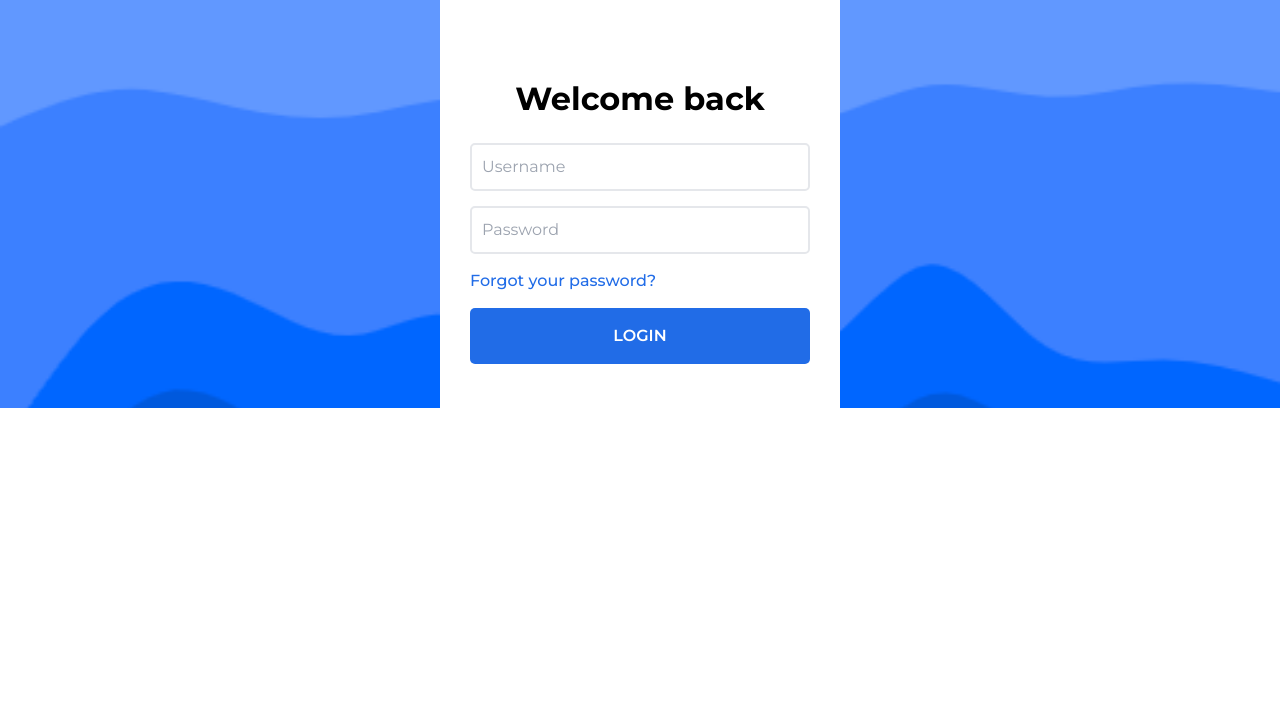
Repository: SatohJiro/CourseSale
Page: /
The author's editor kept a copy of each file at every save. The page is drawn from the files as they stood at one save, then again after the next save.
The browser window is 1280 px wide. The pictures show the whole page.
The project was rebuilt for these pictures with package versions that can differ from the ones it lists, and the page was loaded fresh each time. Also part of the build but not shown: src/pages/Home/index.js, src/pages/Courses/index.js, src/layout/DefaultLayout/DefaultLayout.module.scss, src/layout/components/Header/Header.module.scss, src/layout/components/Header/index.js, src/layout/components/Sidebar/Sidebar.module.scss, src/layout/components/Sidebar/index.js, src/layout/DefaultLayout/index.js.

Above is the page before, as saved 2022-12-05 11:13:03.

### public/index.html
<!DOCTYPE html>
<html lang="en">
  <head>
    <meta charset="utf-8" />
    <link rel="icon" href="%PUBLIC_URL%/favicon.ico" />
    <meta name="viewport" content="width=device-width, initial-scale=1" />
    <meta name="theme-color" content="#000000" />
    <meta
      name="description"
      content="Web site created using create-react-app"
    />
    <link rel="apple-touch-icon" href="%PUBLIC_URL%/logo192.png" />
    <!--
      manifest.json provides metadata used when your web app is installed on a
      user's mobile device or desktop. See https://developers.google.com/web/fundamentals/web-app-manifest/
    -->
    <link rel="manifest" href="%PUBLIC_URL%/manifest.json" />
    <!--
      Notice the use of %PUBLIC_URL% in the tags above.
      It will be replaced with the URL of the `public` folder during the build.
      Only files inside the `public` folder can be referenced from the HTML.

      Unlike "/favicon.ico" or "favicon.ico", "%PUBLIC_URL%/favicon.ico" will
      work correctly both with client-side routing and a non-root public URL.
      Learn how to configure a non-root public URL by running `npm run build`.
    -->
    <title>Course Sale</title>
  </head>
  <body>
    <noscript>You need to enable JavaScript to run this app.</noscript>
    <div id="root"></div>
    <!--
      This HTML file is a template.
      If you open it directly in the browser, you will see an empty page.

      You can add webfonts, meta tags, or analytics to this file.
      The build step will place the bundled scripts into the <body> tag.

      To begin the development, run `npm start` or `yarn start`.
      To create a production bundle, use `npm run build` or `yarn build`.
    -->
  </body>
</html>

### src/index.js
import React from "react";
import ReactDOM from "react-dom/client";
import App from "./App";
import reportWebVitals from "./reportWebVitals";

import GlobalStyles from "~/components/GlobalStyles";

const root = ReactDOM.createRoot(document.getElementById("root"));
root.render(
  <React.StrictMode>
    <GlobalStyles>
      <App />
    </GlobalStyles>
  </React.StrictMode>
);

// If you want to start measuring performance in your app, pass a function
// to log results (for example: reportWebVitals(console.log))
// or send to an analytics endpoint. Learn more: https://bit.ly/CRA-vitals
reportWebVitals();

### src/App.js
import { Fragment } from "react";
import { BrowserRouter as Router, Routes, Route } from "react-router-dom";
import { publicRoutes } from "~/routes";
import { DefaultLayout } from "~/layout";
import Login from "./pages/Login/Login";

function App() {
  return (
    // <Router>
    //   <div className="App">
    //     <Routes>
    //       {publicRoutes.map((route, index) => {
    //         let Layout = DefaultLayout;
    //         if (route.layout) {
    //           Layout = route.layout;
    //         } else if (route.layout === null) {
    //           Layout = Fragment;
    //         }
    //         const Page = route.component;
    //         return (
    //           <Route
    //             key={index}
    //             path={route.path}
    //             element={
    //               <Layout>
    //                 <Page />
    //               </Layout>
    //             }
    //           />
    //         );
    //       })}
    //     </Routes>
    //   </div>
    // </Router>
    <Login></Login>
  );
}

export default App;

### src/components/GlobalStyles/index.js
import './GlobalStyles.scss'

function GlobalStyles({children}){
    return children
}
export default GlobalStyles

### src/routes/index.js
import { ROUTE_NAME } from "./routesConstant";

import Home from "~/pages/Home";
import Courses from "~/pages/Courses";
import Login from "~/pages/Login/Login";

const publicRoutes = [
  { path: ROUTE_NAME.ROOT, component: Home },
  { path: ROUTE_NAME.COURSES, component: Courses },
  { path: ROUTE_NAME.LOGIN, component: Login },
];
const privateRoutes = [];
export { publicRoutes, privateRoutes };

### src/layout/index.js
export {default as DefaultLayout} from './DefaultLayout'

### src/pages/Login/Login.jsx
import React from "react";

const Login = () => {
  return (
    <>
      <div className="grid place-items-center m-0 px-[24px] bg-login bg-no-repeat bg-cover animate-background-pan">
        <div className="w-[400px] h-full px-[30px] pt-[70px] pb-[44px] round-[24px] bg-white text-center">
          <h2 className="mt-2 mb-8 text-[32px] font-bold">Welcome back</h2>
          <form action="" className="grid gap-6">
            <input
              className="p-4 border-2 rounded-lg"
              type="text"
              placeholder="Username"
            />
            <input
              className="p-4 border-2 rounded-lg"
              type="password"
              placeholder="Password"
            />
            <a href="#" className="text-link font-medium text-left">
              Forgot your password?
            </a>
            <button className="uppercase font-semibold w-full h-[56px] py-4 bg-link text-white rounded-lg">
              Login
            </button>
          </form>
        </div>
      </div>
    </>
  );
};

export default Login;

### src/components/GlobalStyles/GlobalStyles.scss
@tailwind base;
@tailwind components;
@tailwind utilities;
@import "normalize.css";
@import url("https://fonts.googleapis.com/css2?family=Montserrat:wght@300;400;500;600;700&display=swap");

:root {
}
* {
  margin: 0;
  padding: 0;
  box-sizing: border-box;
}
html {
  font-size: 62.5%;
  a {
    color: #fff;
  }
}
body {
  font-family: "Montserrat";
  font-size: 1.6rem;
  line-height: 1.5;
  text-rendering: optimizeSpeed;
}

### src/routes/routesConstant.js
const HOME = "/";
const COURSES = "/courses";
const LOGIN = "/login";

export const ROUTE_NAME = {
  LOGIN: LOGIN,
  ROOT: HOME,
  COURSES: COURSES,
};

### src/layout/components/Sidebar/Sidebar.js
import classNames from "classnames/bind";
import style from "./Sidebar.module.scss";

import { ROUTE_NAME } from "~/routes/routesConstant";
import { AiOutlineHome, AiOutlineUnorderedList } from "react-icons/ai";

import { Link } from "react-router-dom";
import { useState } from "react";

const cx = classNames.bind(style);

const listTab = [
  {
    name: "home",
    path: ROUTE_NAME.ROOT,
    title: "Trang chủ",
    icon: <AiOutlineHome className={cx("menu-icon")} />,
  },
  {
    name: "courses",
    path: ROUTE_NAME.COURSES,
    title: "Khóa học",
    icon: <AiOutlineUnorderedList className={cx("menu-icon")} />,
  },
];
function Sidebar() {
  const [tabActive, setTabActive] = useState(listTab[0].name);
  return (
    <div className={cx("wrapper")}>
      <div className={cx("menu-wrapper")}>
        {listTab.map((item, index) => {
          return (
            <Link
              to={item.path}
              className={cx(
                "menu-item",
                tabActive === item.name ? "active" : null
              )}
              key={index}
              onClick={() => {
                setTabActive(item.name);
              }}
            >
              {item.icon}
              <span className={cx("menu-title")}>{item.title}</span>
            </Link>
          );
        })}
      </div>
    </div>
  );
}

export default Sidebar;

### tailwind.config.js
/** @type {import('tailwindcss').Config} */
module.exports = {
  content: ["./src/**/*.{js,jsx,ts,tsx}"],
  theme: {
    extend: {
      colors: {
        link: "#216ce7",
      },
      backgroundImage: {
        login: "url('../assets/img/login/login.png')",
      },
      keyframs: {
        pan: {
          "100%": { backgroundPosition: "15% 50%" },
        },
      },
      animation: {
        "background-pan": "pan 6s infinite alternate linear",
      },
    },
  },
  plugins: [],
};

Loaded but not shown: src/reportWebVitals.js (common file)

After the next save:
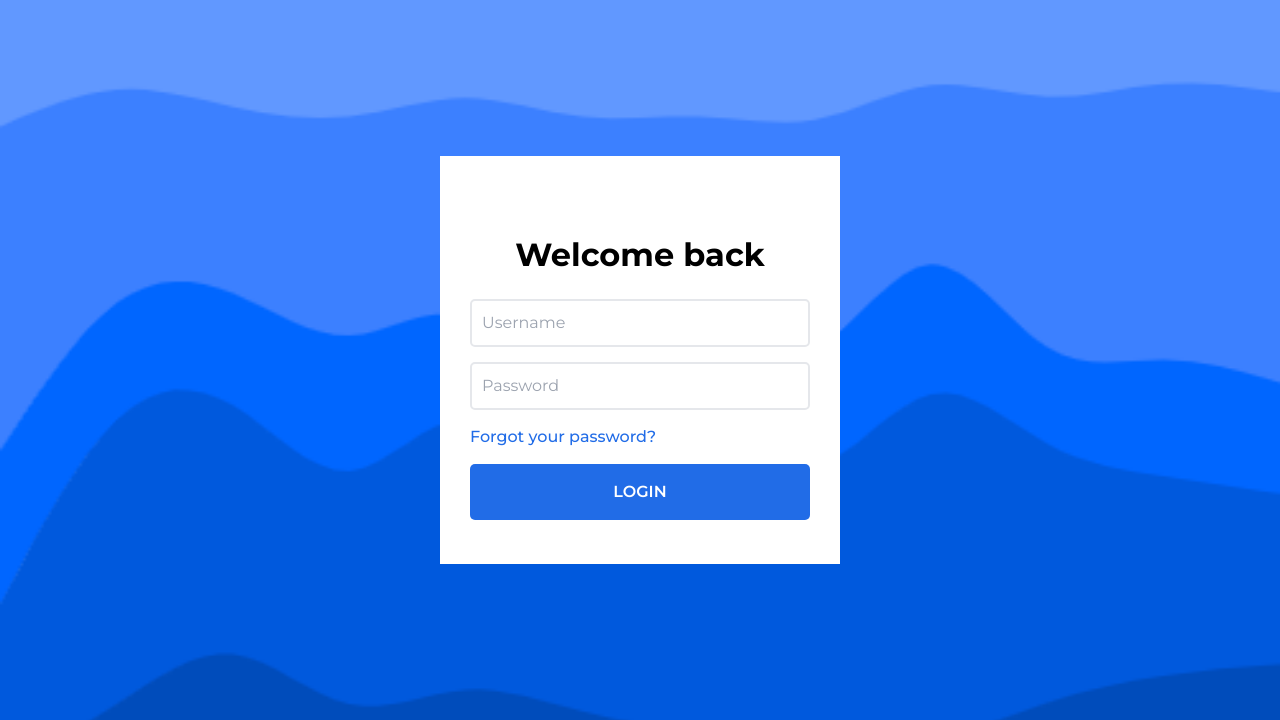
Saved 24 s later.
--- a/src/pages/Login/Login.jsx
+++ b/src/pages/Login/Login.jsx
@@ -3,8 +3,8 @@ import React from "react";
 const Login = () => {
   return (
     <>
-      <div className="grid place-items-center m-0 px-[24px] bg-login bg-no-repeat bg-cover animate-background-pan">
-        <div className="w-[400px] h-full px-[30px] pt-[70px] pb-[44px] round-[24px] bg-white text-center">
+      <div className="grid place-items-center h-[100vh] m-0 px-[24px] bg-login bg-no-repeat bg-cover animate-background-pan">
+        <div className="w-[400px] px-[30px] pt-[70px] pb-[44px] round-[24px] bg-white text-center">
           <h2 className="mt-2 mb-8 text-[32px] font-bold">Welcome back</h2>
           <form action="" className="grid gap-6">
             <input
